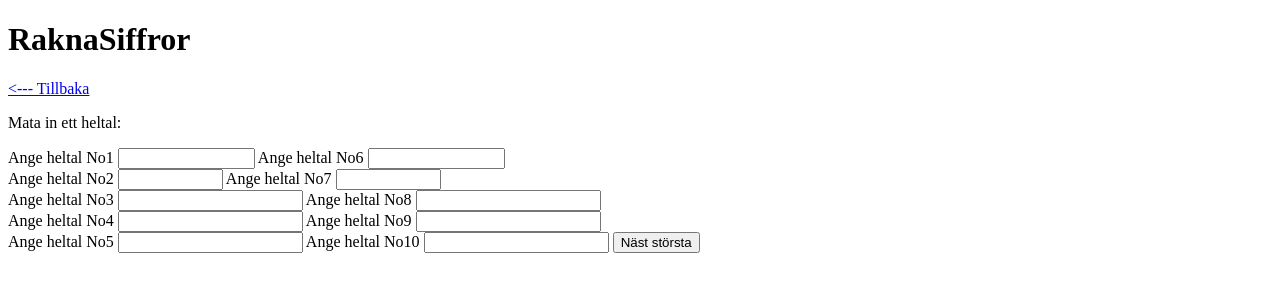
Repository: dn222em/1dv403-laborationer
Page: 1-vandalen/counta/index22.html
The author's editor kept a record of every edit. The page is drawn from the files as they stood at one moment, then again after the next edit.
The browser window is 1280 px wide. The pictures show the whole page.

Above is the page before.

After the next edit:
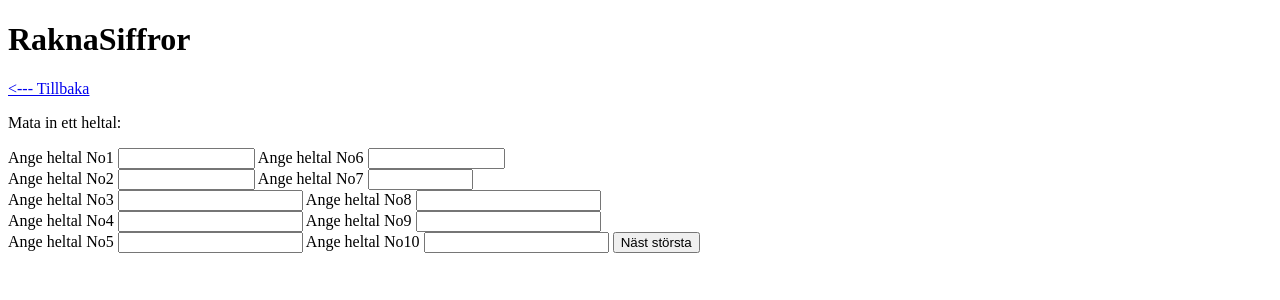
The edit:
--- a/1-vandalen/counta/index22.html
+++ b/1-vandalen/counta/index22.html
@@ -21,7 +21,7 @@
  			<input type="text" id="string6" size="14"/>
  			<br />
  			Ange heltal No2
- 			<input type="text" id="string2" size="10"/>
+ 			<input type="text" id="string2" size="14"/>
   		     Ange heltal No7
  			<input type="text" id="string7" size="10"/>
  			<br />
